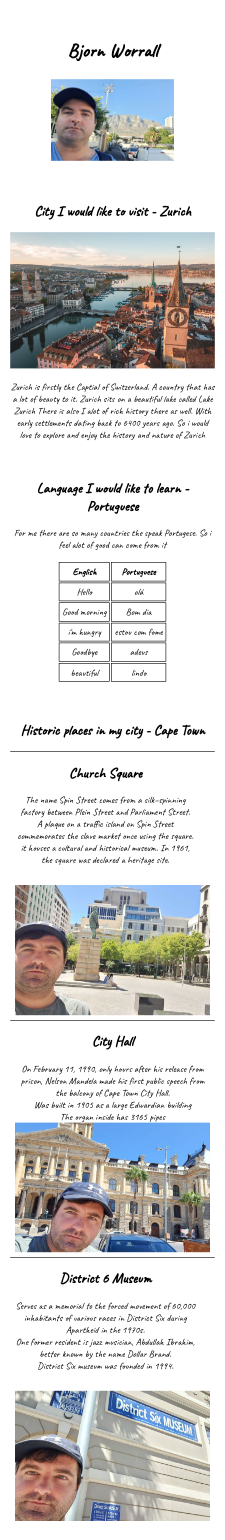
Repository: lasity34/basic-webpage
Page: index.html
The author's editor kept a copy of each file at every save. The page is drawn from the files as they stood at one save, then again after the next save.
The browser window is 375 px wide. The pictures show the whole page, at 60% of full size.

Above is the page before, as saved 2023-03-02 16:33:02.

After the next save:
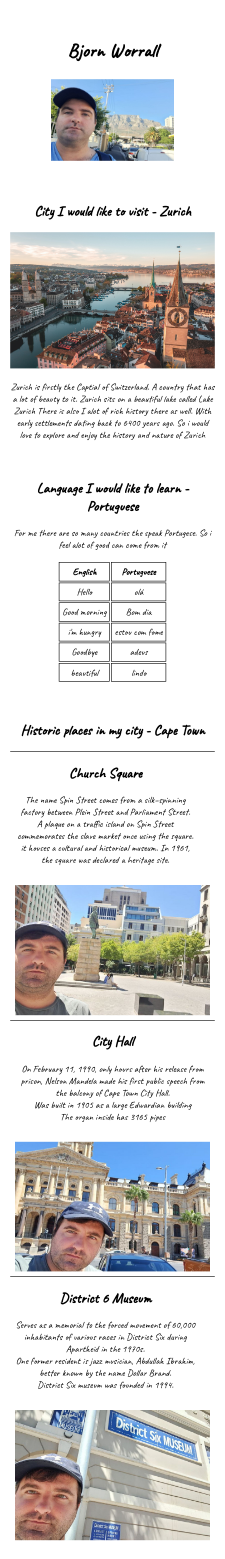
Saved 29 s later.
--- a/styles.css
+++ b/styles.css
@@ -84,7 +84,7 @@ th {
   padding-left: 0;
   }
 
-  .places_info {
+  .places_info, #places_info_hall {
     margin-bottom: 2em;
   }
 }
